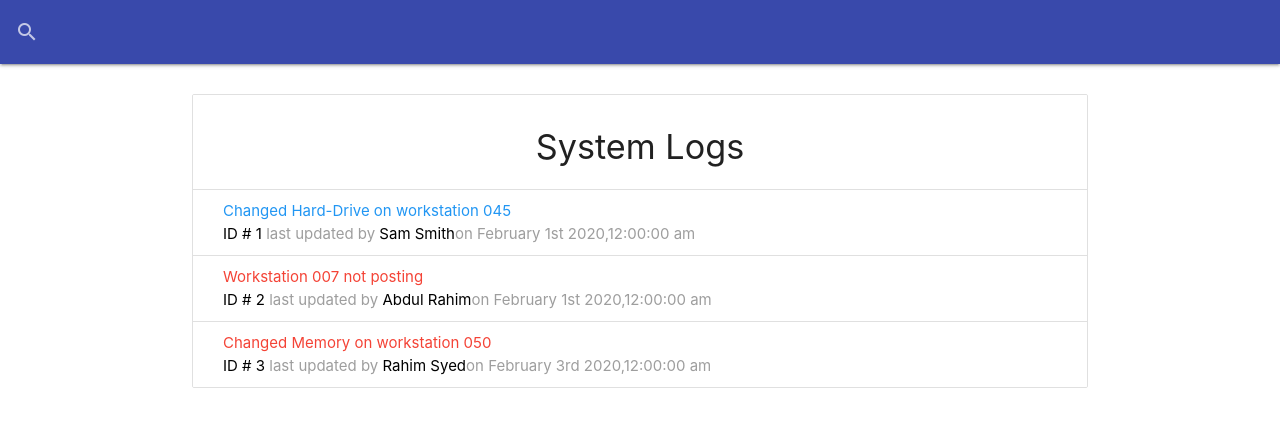
Repository: syedabdulrahim/IT_Logger
Page: /
The author's editor kept a copy of each file at every save. The page is drawn from the files as they stood at one save, then again after a run of saves.
The browser window is 1280 px wide. The pictures show the whole page.
The project was rebuilt for these pictures with package versions that can differ from the ones it lists, and the page was loaded fresh each time. Requests to the local data server were answered from the project's data file. Also part of the build but not shown: src/App.css.

Above is the page before, as saved 2020-10-29 23:43:53.

After the next 2 saves:
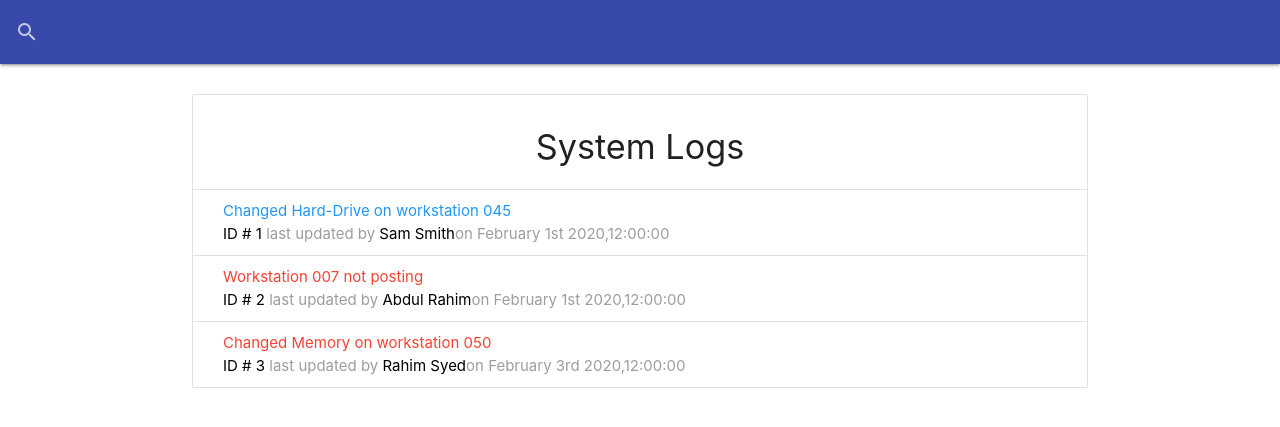
The 2 saves are shown as one change because 1 did not build or start.
The last was saved 10 min 8 s later.
--- a/src/components/logs/LogItem.js
+++ b/src/components/logs/LogItem.js
@@ -17,7 +17,7 @@ const LogItem = ({log}) => {
                             <span className="black-text">ID # {log.id}</span>
                                {' '} {'last updated by'}
                             <span className="black-text">{' '}{log.tech}</span>
-                            on <Moment format="MMMM Do YYYY,h:mm:ss a">{log.date}</Moment>
+                            on <Moment format="MMMM Do YYYY,h:mm:ss ">{log.date}</Moment>
                     </span>
                 </div>
             </li>
